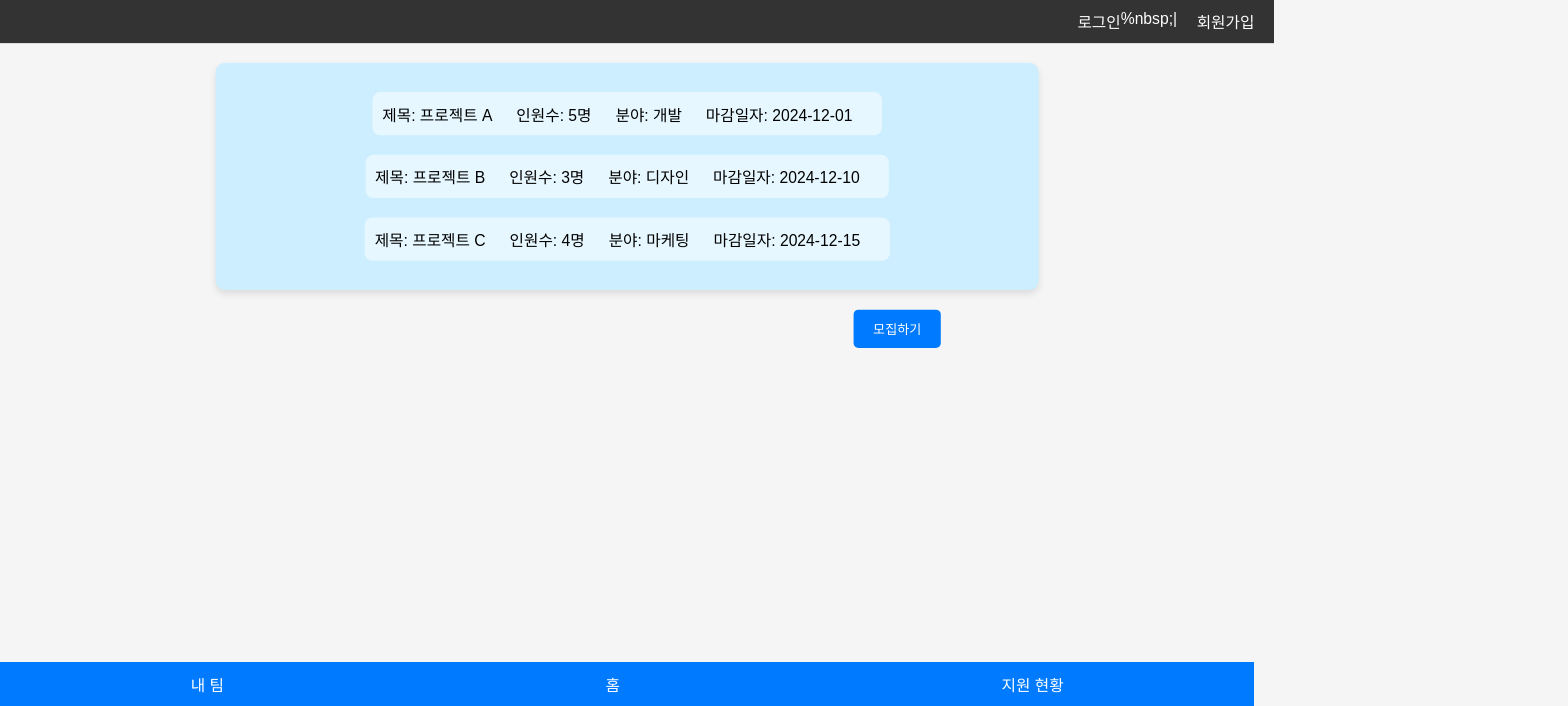
Repository: TUK-WEBSERIVCE/tuk-team-gem
Page: tuk-team-gem/src/main/webapp/main/mainPage.html
An editor plug-in stored every save of this project. The page is shown before and after the next save, followed by the edit.
The browser window is 1280 px wide. The page is 1600 px wide, so the pictures cover 1600 px, including what lies to the right of the window. The pictures show the whole page, at 98% of full size.

Above is the page before, as saved 2024-11-13 12:17:51.

### tuk-team-gem/src/main/webapp/main/mainPage.html
<!DOCTYPE html>
<html lang="ko">
<head>
    <meta charset="UTF-8">
    <meta name="viewport" content="width=device-width, initial-scale=1.0">
    <title>tuk-team-gem</title>
    <style>
        body {
            font-family: Arial, sans-serif;
            margin: 0;
            padding: 0;
            display: flex;
            flex-direction: column;
            align-items: center;
            background-color: #f5f5f5;
        }
        header {
            width: 100%;
            display: flex;
            justify-content: flex-end;
            padding: 10px 20px;
            background-color: #333;
            color: white;
        }
        header a {
            color: white;
            margin-left: 20px;
            text-decoration: none;
        }
        .container {
            background-color: #cceeff;
            width: 80%;
            max-width: 800px;
            margin: 20px auto;
            padding: 20px;
            border-radius: 10px;
            box-shadow: 0 4px 8px rgba(0, 0, 0, 0.1);
        }
        .list-item {
            background-color: #e6f7ff;
            padding: 10px;
            margin: 10px 0;
            border-radius: 8px;
            text-align: center;
        }
        .list-item span {
            display: inline-block;
            margin-right: 20px;
        }
        .list-container {
            display: flex;
            flex-direction: column;
            align-items: center;
        }
        /* 모집하기 버튼을 프레임 밖으로 배치 */
        .button-container {
			width: 100%; /* 화면 전체 너비 사용 */
    		display: flex;
    		justify-content: flex-end; /* 오른쪽으로 정렬 */
		    margin-bottom: 20px;
		    padding-right: 50%; /* 오른쪽 여백 */
        }
        .button-container button {
            padding: 10px 20px;
            background-color: #007bff;
            color: white;
            border: none;
            border-radius: 5px;
            cursor: pointer;
        }
        .button-container button:hover {
            background-color: #0056b3;
        }
        nav {
            width: 100%;
            background-color: #007bff;
            padding: 10px 0;
            position: fixed;
            bottom: 0;
        }
        nav ul {
            list-style-type: none;
            display: flex;
            justify-content: space-around;
            margin: 0;
            padding: 0;
        }
        nav ul li a {
            color: white;
            text-decoration: none;
        }
    </style>
</head>
<body>
    <!-- 우상단 로그인 및 회원가입 -->
    <header>
        <a href="#">로그인</a>
        %nbsp;|
        <a href="#">회원가입</a>
    </header>

    <!-- 중앙 리스트 -->
    <div class="container">
        <div class="list-container">
            <!-- DB에서 불러온 데이터 목록 (샘플 데이터) -->
            <div class="list-item">
                <span>제목: 프로젝트 A</span>
                <span>인원수: 5명</span>
                <span>분야: 개발</span>
                <span>마감일자: 2024-12-01</span>
            </div>
            <div class="list-item">
                <span>제목: 프로젝트 B</span>
                <span>인원수: 3명</span>
                <span>분야: 디자인</span>
                <span>마감일자: 2024-12-10</span>
            </div>
            <div class="list-item">
                <span>제목: 프로젝트 C</span>
                <span>인원수: 4명</span>
                <span>분야: 마케팅</span>
                <span>마감일자: 2024-12-15</span>
            </div>
        </div>
    </div>

    <!-- 모집하기 버튼을 프레임 밖으로 이동 -->
    <div class="button-container">
        <button>모집하기</button>
    </div>

    <!-- 하단 네비게이션 바 -->
    <nav>
        <ul>
            <li><a href="#">내 팀</a></li>
            <li><a href="#">홈</a></li>
            <li><a href="#">지원 현황</a></li>
        </ul>
    </nav>
</body>
</html>

After the next save:
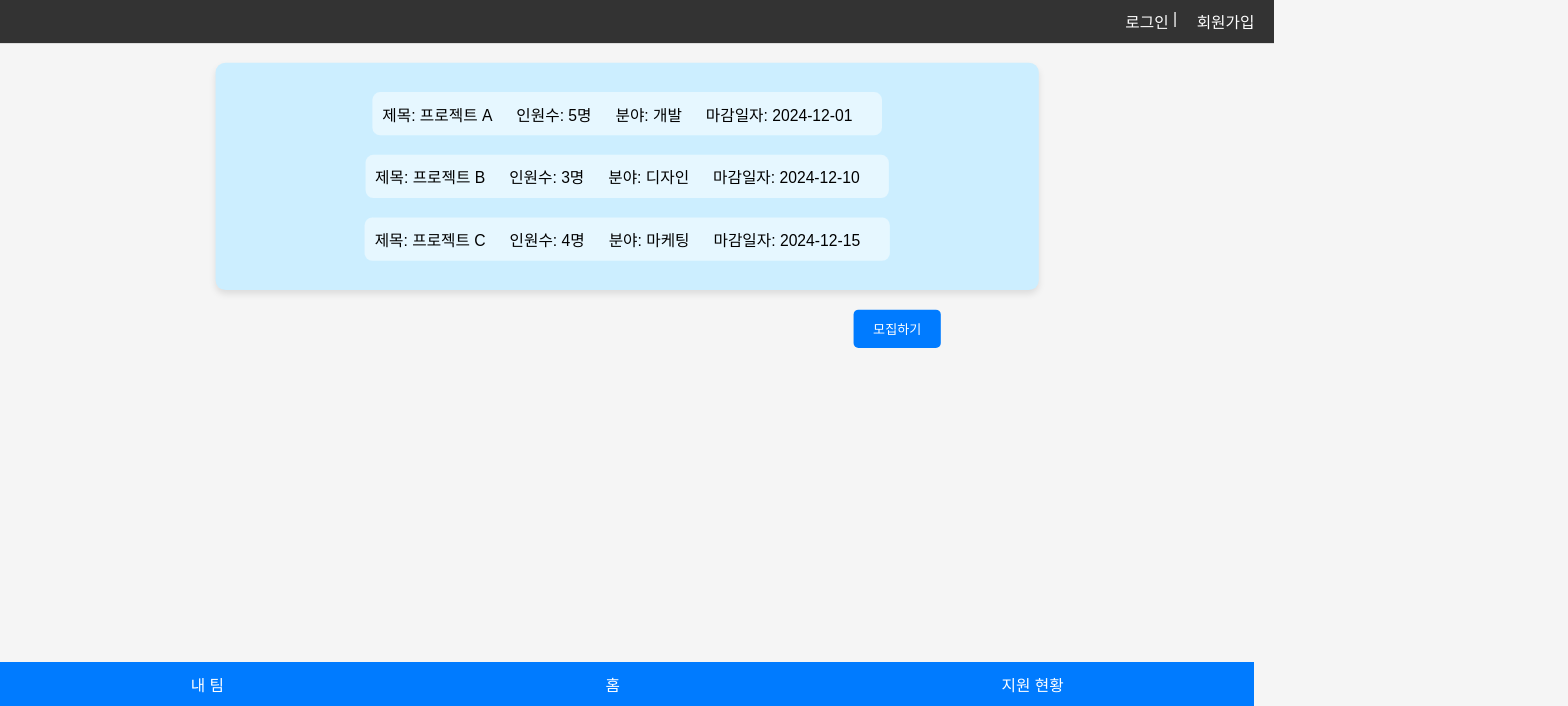
Saved 7 s later.
--- a/tuk-team-gem/src/main/webapp/main/mainPage.html
+++ b/tuk-team-gem/src/main/webapp/main/mainPage.html
@@ -95,7 +95,7 @@
     <!-- 우상단 로그인 및 회원가입 -->
     <header>
         <a href="#">로그인</a>
-        %nbsp;|
+        &nbsp;|
         <a href="#">회원가입</a>
     </header>
 
